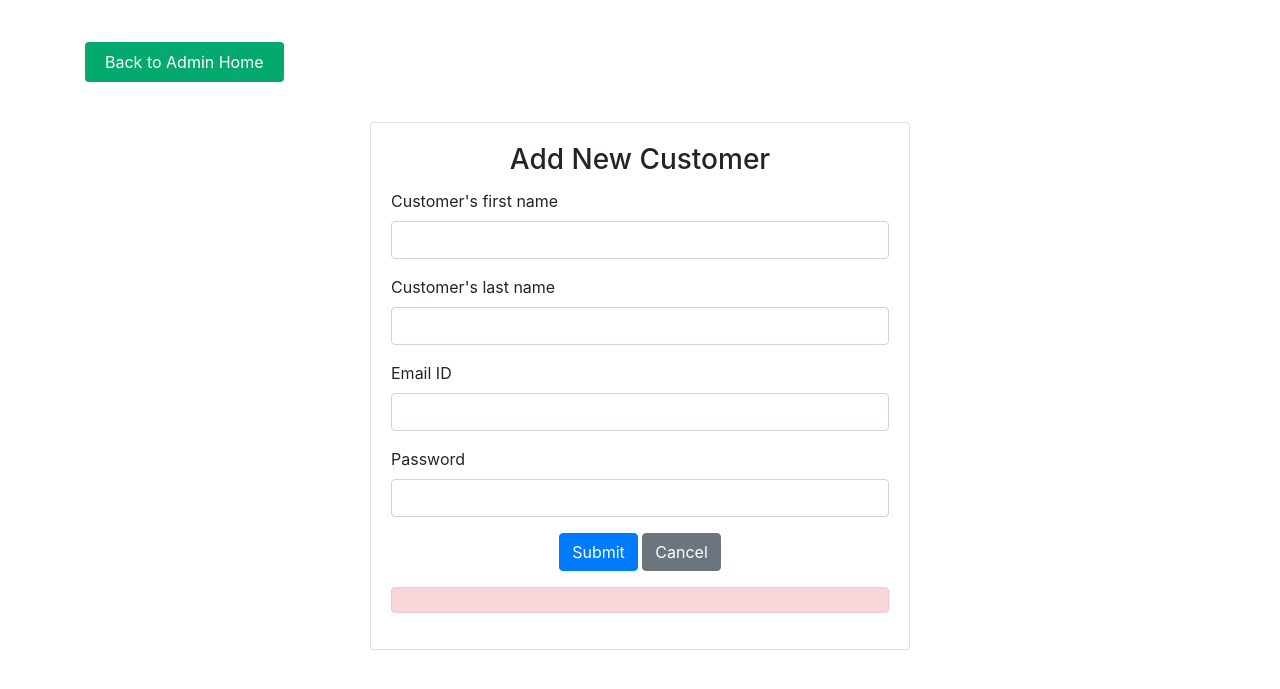
Repository: SuyashAwasthy/Javaee
Page: http://localhost/13-bank-application-mvc/addCustomer.jsp
An editor plug-in stored every save of this project. The page is shown before and after the next save, followed by the edit.
The browser window is 1280 px wide. The pictures show the whole page.
Some web libraries are served in a nearby version. The page is served by Tomcat 9.

Above is the page before, as saved 2024-07-22 16:25:28.

After the next save:
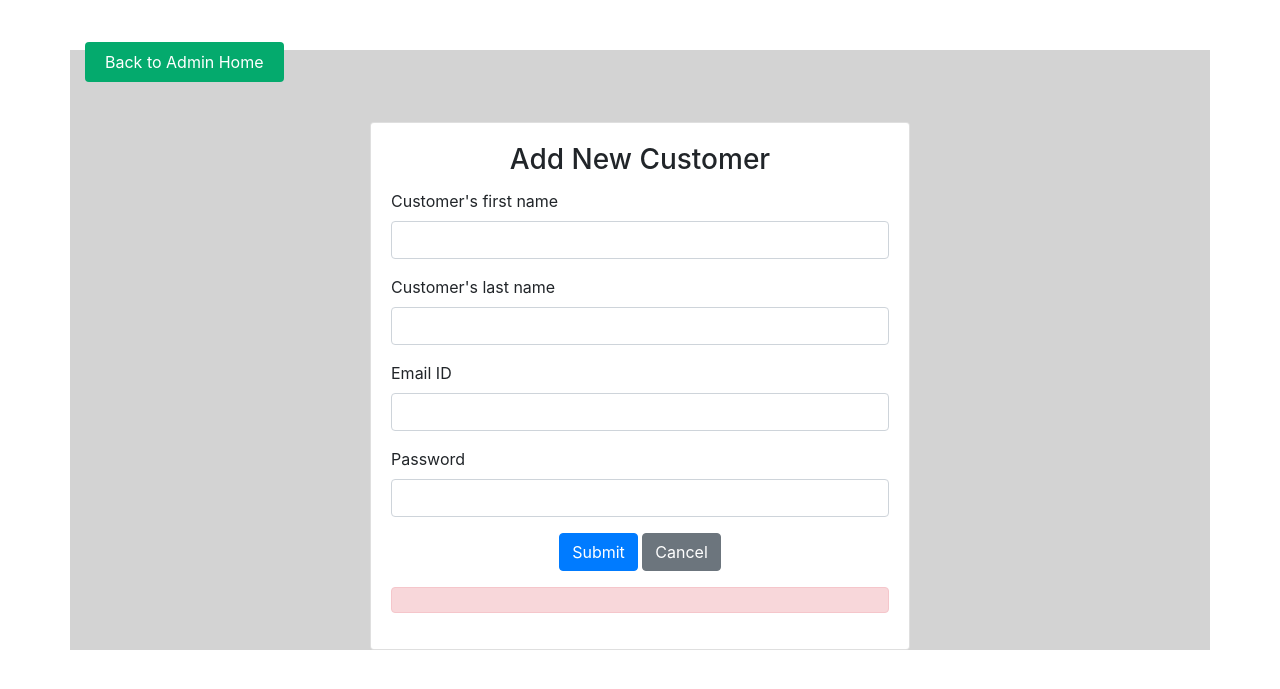
Saved 100 s later.
--- a/13-bank-application-mvc/WebContent/css/styles.css
+++ b/13-bank-application-mvc/WebContent/css/styles.css
@@ -1,10 +1,10 @@
 body {
-    background-color: white;
+    background-color: #E5E4E2;
 }
 
 
 .container {
-    background-color: white;
+    background-color: #D3D3D3;
 }
 
 .button {
